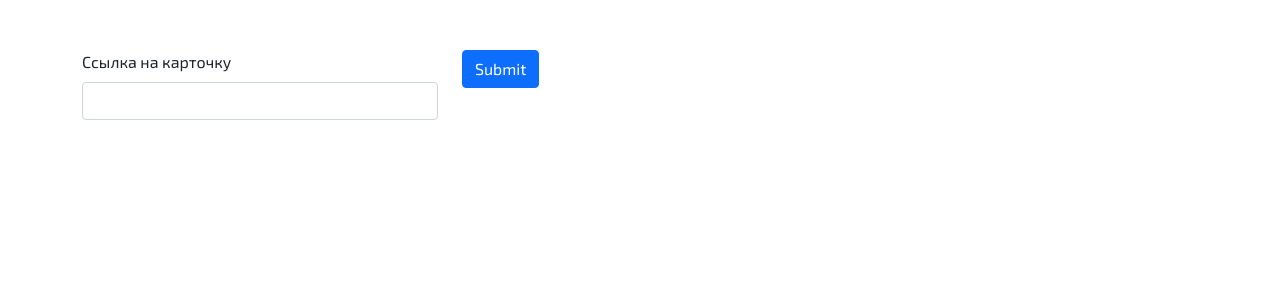
Repository: yozuul/wildberries-product-card-parser-api-exchange
Page: public/index.html
An editor plug-in stored every save of this project. The page is shown before and after the next save, followed by the edit.
The browser window is 1280 px wide. The pictures show the whole page.

Above is the page before, as saved 2021-08-18 19:00:12.

After the next save:
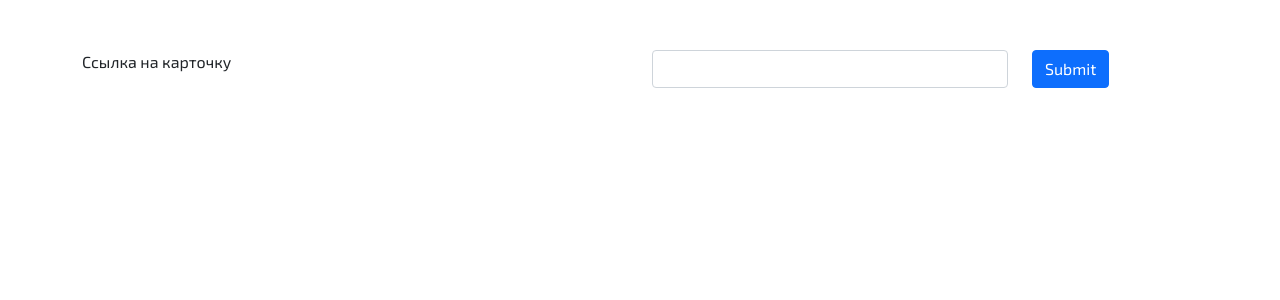
Saved 21 s later.
--- a/public/index.html
+++ b/public/index.html
@@ -14,14 +14,13 @@
 <body>
    <div class="container">
       <form class="row parser_form_wrapper">
-            <div class="mb-3 col-4">
-               <label for="cardProductURL" class="form-label">Ссылка на карточку</label>
-               <input type="email" class="form-control" id="cardProductURL">
-            </div>
-            <div class=" col-2">
-               <button type="submit" class="btn btn-primary">Submit</button>
-            </div>
-
+         <div class="col"><label for="cardProductURL" class="form-label">Ссылка на карточку</label></div>
+         <div class="mb-3 col-4">
+            <input type="email" class="form-control" id="cardProductURL">
+         </div>
+         <div class=" col-2">
+            <button type="submit" class="btn btn-primary">Submit</button>
+         </div>
          <!-- <div class="col">
             <h3>Парсер</h3>
             <form name="parseForm">

After the save that followed:
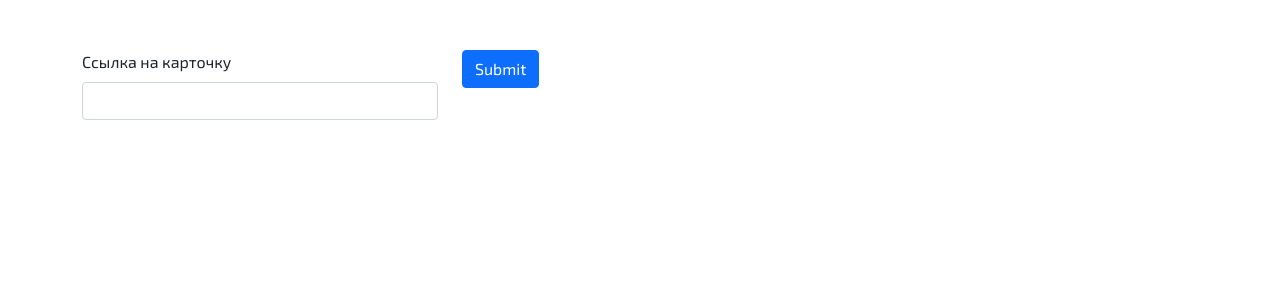
Saved 24 s later.
--- a/public/index.html
+++ b/public/index.html
@@ -14,13 +14,16 @@
 <body>
    <div class="container">
       <form class="row parser_form_wrapper">
-         <div class="col"><label for="cardProductURL" class="form-label">Ссылка на карточку</label></div>
-         <div class="mb-3 col-4">
-            <input type="email" class="form-control" id="cardProductURL">
-         </div>
-         <div class=" col-2">
-            <button type="submit" class="btn btn-primary">Submit</button>
-         </div>
+         <form>
+            <div class="mb-3 col-4">
+               <label for="cardProductURL" class="form-label">Ссылка на карточку</label>
+               <input type="email" class="form-control" id="cardProductURL">
+            </div>
+            <div class=" col-2">
+               <button type="submit" class="btn btn-primary">Submit</button>
+            </div>
+
+          </form>
          <!-- <div class="col">
             <h3>Парсер</h3>
             <form name="parseForm">
@@ -29,7 +32,7 @@
                <button id="parseData">Спарсить</button>
             </form>
          </div> -->
-      </form>
+      </div>
       <!-- <div class="row">
         <div class="col">
           Column
